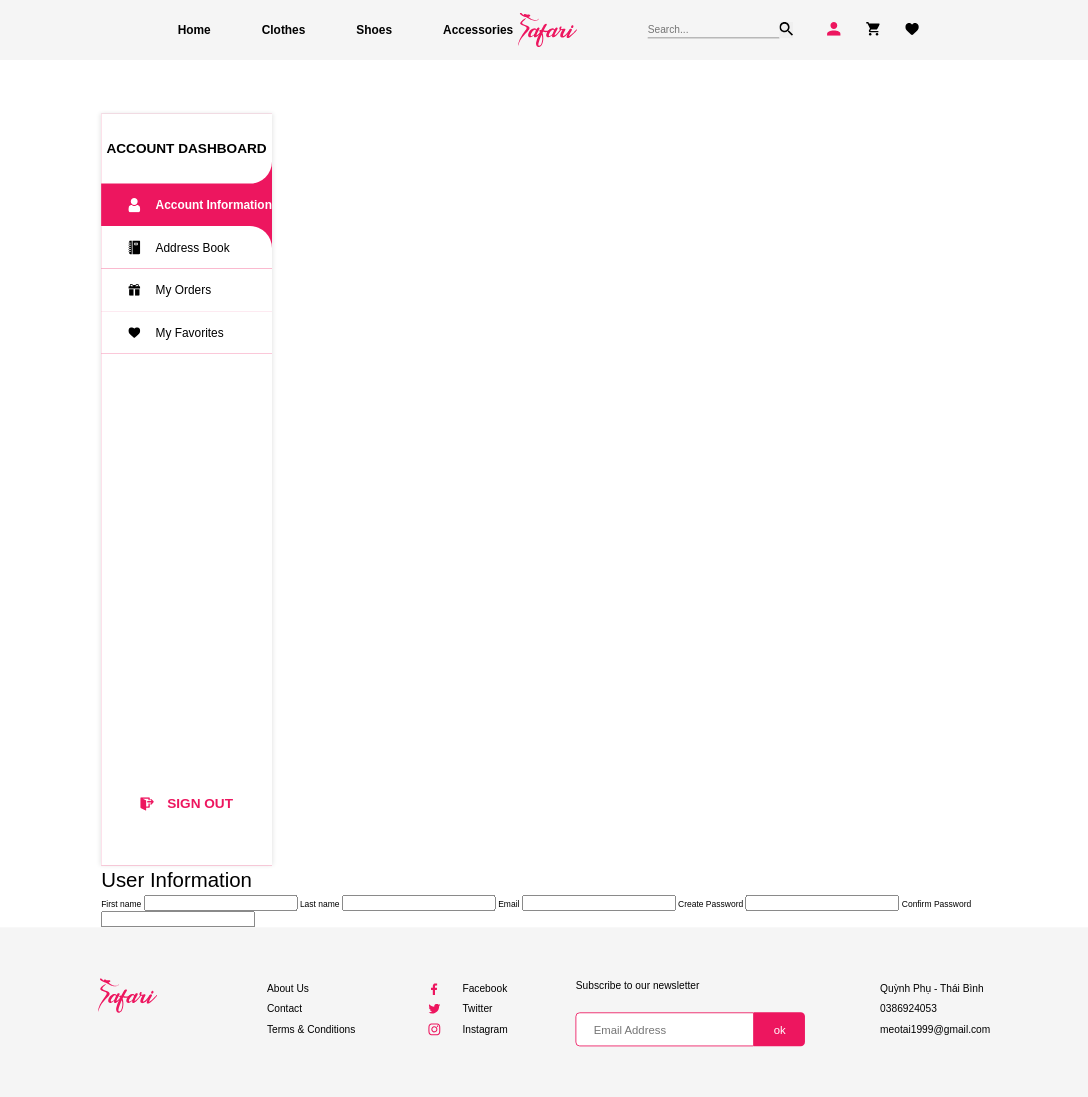
Repository: tboy1999/safari
Page: views/user.html
The author's editor kept a copy of each file at every save. The page is drawn from the files as they stood at one save, then again after a run of saves.
The browser window is 1280 px wide. The pictures show the whole page, at 85% of full size.
Some web libraries are served in a nearby version. The style sheet was rebuilt from its Sass, Less or Tailwind sources for each picture, by a compiler version that may differ from the author's.

Above is the page before, as saved 2022-04-28 15:54:41.

### views/user.html
<!DOCTYPE html>
<html lang="en">
<head>
  <meta charset="UTF-8">
  <meta http-equiv="X-UA-Compatible" content="IE=edge">
  <meta name="viewport" content="width=device-width, initial-scale=1.0">
  <title>user</title>
  <link rel="shortcut icon" href="./image/logo/Logo.svg" type="image/x-icon">
  <link rel="preconnect" href="https://fonts.googleapis.com">
  <link rel="preconnect" href="https://fonts.gstatic.com" crossorigin>
  <link rel="stylesheet" href="https://cdnjs.cloudflare.com/ajax/libs/font-awesome/6.1.1/css/all.min.css" integrity="sha512-KfkfwYDsLkIlwQp6LFnl8zNdLGxu9YAA1QvwINks4PhcElQSvqcyVLLD9aMhXd13uQjoXtEKNosOWaZqXgel0g==" crossorigin="anonymous" referrerpolicy="no-referrer" />
  <link rel="stylesheet" href="../css/grid.css">
  <link rel="stylesheet" href="../css/user.css">
</head>
<body>
  <header id="header" class="header">
    <div class="container">
      <div class="header__container facenter">
        <ul class="header__list facenter fz14-fw600">
          <li class="header__item"><a href="../index.html" class="header__link">Home</a></li>
          <li class="header__item"><a href="./clothes.html" class="header__link">Clothes</a></li>
          <li class="header__item"><a href="./shoes.html" class="header__link">Shoes</a></li>
          <li class="header__item"><a href="./accessories.html" class="header__link">Accessories</a></li>
        </ul>
        <form class="header__search facenter">
          <input type="text" placeholder="Search..." class="fz12">
          <button type="submit"><img src="../image/header/search.svg" alt=""></button>
        </form>
        <div class="header__feature facenter">
          <a href="#" class="header__feature--active">
            <svg width="16" height="16" viewBox="0 0 16 16" fill="inherit" xmlns="http://www.w3.org/2000/svg">
            <path d="M8 0C9.06087 0 10.0783 0.421427 10.8284 1.17157C11.5786 1.92172 12 2.93913 12 4C12 5.06087 11.5786 6.07828 10.8284 6.82843C10.0783 7.57857 9.06087 8 8 8C6.93913 8 5.92172 7.57857 5.17157 6.82843C4.42143 6.07828 4 5.06087 4 4C4 2.93913 4.42143 1.92172 5.17157 1.17157C5.92172 0.421427 6.93913 0 8 0ZM8 10C12.42 10 16 11.79 16 14V16H0V14C0 11.79 3.58 10 8 10Z"/>
            </svg>
          </a>
          <a href="./cart.html">
            <svg width="16" height="16" viewBox="0 0 16 16" fill="inherit" xmlns="http://www.w3.org/2000/svg">
              <path d="M12.8 12.8C11.912 12.8 11.2 13.512 11.2 14.4C11.2 14.8243 11.3686 15.2313 11.6686 15.5314C11.9687 15.8314 12.3757 16 12.8 16C13.2243 16 13.6313 15.8314 13.9314 15.5314C14.2314 15.2313 14.4 14.8243 14.4 14.4C14.4 13.9757 14.2314 13.5687 13.9314 13.2686C13.6313 12.9686 13.2243 12.8 12.8 12.8ZM0 0V1.6H1.6L4.48 7.672L3.392 9.632C3.272 9.856 3.2 10.12 3.2 10.4C3.2 10.8243 3.36857 11.2313 3.66863 11.5314C3.96869 11.8314 4.37565 12 4.8 12H14.4V10.4H5.136C5.08296 10.4 5.03209 10.3789 4.99458 10.3414C4.95707 10.3039 4.936 10.253 4.936 10.2C4.936 10.16 4.944 10.128 4.96 10.104L5.68 8.8H11.64C12.24 8.8 12.768 8.464 13.04 7.976L15.904 2.8C15.96 2.672 16 2.536 16 2.4C16 2.18783 15.9157 1.98434 15.7657 1.83431C15.6157 1.68429 15.4122 1.6 15.2 1.6H3.368L2.616 0H0ZM4.8 12.8C3.912 12.8 3.2 13.512 3.2 14.4C3.2 14.8243 3.36857 15.2313 3.66863 15.5314C3.96869 15.8314 4.37565 16 4.8 16C5.22435 16 5.63131 15.8314 5.93137 15.5314C6.23143 15.2313 6.4 14.8243 6.4 14.4C6.4 13.9757 6.23143 13.5687 5.93137 13.2686C5.63131 12.9686 5.22435 12.8 4.8 12.8Z"/>
            </svg>
          </a>
          <a href="#">
            <svg width="16" height="15" viewBox="0 0 16 15" fill="inherit"
            xmlns="http://www.w3.org/2000/svg">
              <path d="M14.7307 1.39307C13.9025 0.494751 12.766 0 11.5304 0C10.6068 0 9.76099 0.291992 9.01636 0.867798C8.64062 1.15845 8.30017 1.51404 8 1.92908C7.69995 1.51416 7.35938 1.15845 6.98352 0.867798C6.23901 0.291992 5.39319 0 4.4696 0C3.23401 0 2.09741 0.494751 1.26917 1.39307C0.450806 2.28088 0 3.49377 0 4.80847C0 6.16162 0.504272 7.40027 1.58691 8.70667C2.55542 9.87524 3.94739 11.0615 5.55933 12.4352C6.10974 12.9043 6.73364 13.436 7.38147 14.0024C7.55261 14.1523 7.77222 14.2349 8 14.2349C8.22766 14.2349 8.44739 14.1523 8.61829 14.0027C9.26611 13.4362 9.89038 12.9042 10.441 12.4348C12.0527 11.0614 13.4447 9.87524 14.4132 8.70654C15.4958 7.40027 16 6.16162 16 4.80835C16 3.49377 15.5492 2.28088 14.7307 1.39307Z"/>
            </svg>
          </a>
        </div>
        <div class="header__logo">
          <a href="../index.html"><img src="../image/logo/Logo.svg" alt=""></a>
        </div>
      </div>
    </div>
  </header>

  <main id="user" class="user">
    <div class="container">
      <div class="user__container">
        <div class="row">
          <div class="col xxl-3">
            <div class="user__list flex-column">
              <div class="user__item fz16-fw800 user__item--prev">ACCOUNT DASHBOARD</div>
              <div class="user__item user__tag facenter gap18 fz14 user__item--active">
                <svg width="14" height="17" viewBox="0 0 14 17" fill="inherit" xmlns="http://www.w3.org/2000/svg">
                  <path d="M6.89428 8.08322C8.00476 8.08322 8.96635 7.68493 9.75204 6.89912C10.5377 6.11343 10.936 5.15209 10.936 4.04148C10.936 2.93125 10.5377 1.96979 9.75191 1.18384C8.9661 0.398284 8.00463 0 6.89428 0C5.78366 0 4.82233 0.398284 4.03664 1.18397C3.25095 1.96966 2.85254 2.93112 2.85254 4.04148C2.85254 5.15209 3.25095 6.11356 4.03677 6.89924C4.82258 7.6848 5.78405 8.08322 6.89428 8.08322Z"/>
                  <path d="M13.9661 12.9033C13.9434 12.5764 13.8976 12.2197 13.8301 11.843C13.762 11.4636 13.6743 11.1049 13.5693 10.777C13.4609 10.4381 13.3134 10.1034 13.1311 9.78274C12.9419 9.44988 12.7196 9.16003 12.4702 8.92152C12.2094 8.672 11.8902 8.47139 11.5209 8.32506C11.153 8.17949 10.7452 8.10575 10.3091 8.10575C10.1378 8.10575 9.97209 8.17603 9.65216 8.38433C9.45526 8.51274 9.22494 8.66125 8.96787 8.8255C8.74805 8.96556 8.45026 9.09679 8.08245 9.21559C7.72359 9.33171 7.35924 9.3906 6.99962 9.3906C6.63999 9.3906 6.27576 9.33171 5.91653 9.21559C5.5491 9.09692 5.25131 8.96569 5.03175 8.82563C4.77711 8.66291 4.54666 8.5144 4.34682 8.3842C4.02727 8.17591 3.86148 8.10562 3.69018 8.10562C3.25387 8.10562 2.84624 8.17949 2.47843 8.32518C2.10946 8.47126 1.79004 8.67187 1.529 8.92165C1.27973 9.16029 1.05736 9.45001 0.868391 9.78274C0.686212 10.1034 0.538727 10.438 0.430163 10.7771C0.32531 11.105 0.237614 11.4636 0.169505 11.843C0.102036 12.2192 0.0562028 12.576 0.0335425 12.9037C0.0112662 13.2248 0 13.5581 0 13.8946C0 14.7706 0.278453 15.4797 0.827551 16.0027C1.36986 16.5188 2.08744 16.7806 2.96006 16.7806H11.0399C11.9126 16.7806 12.6299 16.5189 13.1723 16.0027C13.7215 15.4801 14 14.7708 14 13.8945C13.9999 13.5564 13.9885 13.2229 13.9661 12.9033Z"/>
                  </svg>

                Account Information
              </div>
              <div class="user__item user__tag facenter gap18 fz14 user__item--next">
                <svg width="14" height="17" viewBox="0 0 14 17" fill="inherit" xmlns="http://www.w3.org/2000/svg">
                  <path d="M1.00448 5.0538H0.470852C0.210816 5.0538 0 5.26462 0 5.52465C0 5.78469 0.210816 5.99551 0.470852 5.99551H1.00448V5.0538Z"/>
                  <path d="M1.00448 12.5874H0.470852C0.210816 12.5874 0 12.7982 0 13.0583C0 13.3183 0.210816 13.5291 0.470852 13.5291H1.00448V12.5874Z"/>
                  <path d="M1.00448 10.0762H0.470852C0.210816 10.0762 0 10.287 0 10.5471C0 10.8071 0.210816 11.0179 0.470852 11.0179H1.00448V10.0762Z"/>
                  <path d="M1.00448 7.56503H0.470852C0.210816 7.56503 0 7.77585 0 8.03588C0 8.29592 0.210816 8.50674 0.470852 8.50674H1.00448V7.56503Z"/>
                  <path d="M1.00448 2.5426H0.470852C0.210816 2.5426 0 2.75342 0 3.01345C0 3.27349 0.210816 3.48431 0.470852 3.48431H1.00448V2.5426Z"/>
                  <path d="M4.01834 0H2.41744C1.63856 0 1.00488 0.633673 1.00488 1.41256V2.5426H2.48022C2.74025 2.5426 2.95107 2.75342 2.95107 3.01345C2.95107 3.27349 2.74025 3.4843 2.48022 3.4843C2.05168 3.4843 1.466 3.4843 1.00488 3.4843V5.05381H2.48022C2.74025 5.05381 2.95107 5.26463 2.95107 5.52466C2.95107 5.7847 2.74025 5.99552 2.48022 5.99552C1.71562 5.99552 2.16255 5.99552 1.00488 5.99552V7.56502H2.48022C2.74025 7.56502 2.95107 7.77584 2.95107 8.03587C2.95107 8.29591 2.74025 8.50673 2.48022 8.50673C2.05168 8.50673 1.466 8.50673 1.00488 8.50673V10.0762H2.48022C2.74025 10.0762 2.95107 10.287 2.95107 10.5471C2.95107 10.8071 2.74025 11.0179 2.48022 11.0179C1.71562 11.0179 2.16255 11.0179 1.00488 11.0179V12.5874H2.48022C2.74025 12.5874 2.95107 12.7983 2.95107 13.0583C2.95107 13.3183 2.74025 13.5291 2.48022 13.5291C2.05168 13.5291 1.466 13.5291 1.00488 13.5291V14.6592C1.00488 15.4381 1.63856 16.0717 2.41744 16.0717H4.01834V0Z"/>
                  <path d="M7.94141 3.48431H10.0759V4.55158H7.94141V3.48431Z"/>
                  <path d="M12.5878 0H4.95996V16.0717H12.5878C13.3666 16.0717 14.0003 15.4381 14.0003 14.6592V1.41256C14.0003 0.633673 13.3666 0 12.5878 0ZM11.0183 5.02242C11.0183 5.28246 10.8074 5.49327 10.5474 5.49327H7.47117C7.21114 5.49327 7.00032 5.28246 7.00032 5.02242V3.01345C7.00032 2.75342 7.21114 2.5426 7.47117 2.5426H10.5474C10.8074 2.5426 11.0183 2.75342 11.0183 3.01345V5.02242Z"/>
                  </svg>

                Address Book
              </div>
              <div class="user__item user__tag facenter gap18 fz14">
                <svg width="14" height="14" viewBox="0 0 14 14" fill="inherit" xmlns="http://www.w3.org/2000/svg">
                  <path d="M13.0869 2.71463H12.0679C12.2023 2.5019 12.291 2.2631 12.3163 2.01056C12.3971 1.20345 11.972 0.479938 11.2484 0.159169C10.5832 -0.135678 9.83572 -0.0151468 9.29746 0.473048L8.01066 1.63926C7.76006 1.36516 7.39981 1.1929 6.99999 1.1929C6.59946 1.1929 6.23863 1.36571 5.98797 1.64065L4.69953 0.472911C4.1604 -0.0152835 3.4132 -0.13535 2.74834 0.159333C2.02488 0.48013 1.59974 1.20389 1.68079 2.01097C1.70614 2.26332 1.79479 2.502 1.92918 2.71463H0.913033C0.408761 2.71463 0 3.12342 0 3.62766V4.99723C0 5.24934 0.204394 5.45376 0.45653 5.45376H13.5435C13.7956 5.45376 14 5.24936 14 4.99723V3.62766C14 3.12342 13.5912 2.71463 13.0869 2.71463ZM5.63042 2.56246V2.71463H3.48277C2.91533 2.71463 2.46875 2.18564 2.61048 1.59485C2.6729 1.33467 2.8607 1.11289 3.10359 1.00062C3.43713 0.846453 3.8066 0.895945 4.08673 1.1495L5.63081 2.54901C5.63072 2.55352 5.63042 2.55795 5.63042 2.56246ZM11.4104 1.88934C11.3763 2.36384 10.9477 2.71468 10.472 2.71468H8.36955V2.56252C8.36955 2.55713 8.36922 2.5518 8.36917 2.54641C8.71895 2.22933 9.47776 1.54158 9.88931 1.16853C10.1232 0.956539 10.4505 0.857582 10.753 0.947816C11.1872 1.07732 11.4421 1.44651 11.4104 1.88934Z"/>
                  <path d="M0.913086 6.36679V13.0624C0.913086 13.5667 1.32185 13.9755 1.82612 13.9755H6.08698V6.36679H0.913086Z"/>
                  <path d="M7.91309 6.36679V13.9755H12.1739C12.6782 13.9755 13.087 13.5667 13.087 13.0624V6.36679H7.91309Z"/>
                  </svg>

                My Orders
              </div>
              <div class="user__item user__tag facenter gap18 fz14">
                <svg width="14" height="13" viewBox="0 0 14 13" fill="inherit" xmlns="http://www.w3.org/2000/svg">
                  <path d="M12.8894 1.21893C12.1647 0.432907 11.1702 0 10.0891 0C9.28096 0 8.54086 0.255493 7.88931 0.759323C7.56055 1.01364 7.26265 1.32478 7 1.68794C6.73746 1.32489 6.43945 1.01364 6.11058 0.759323C5.45914 0.255493 4.71904 0 3.9109 0C2.82976 0 1.83524 0.432907 1.11052 1.21893C0.394455 1.99577 0 3.05705 0 4.20741C0 5.39142 0.441238 6.47523 1.38855 7.61833C2.23599 8.64084 3.45396 9.67883 4.86441 10.8808C5.34602 11.2913 5.89194 11.7565 6.45879 12.2521C6.60854 12.3833 6.80069 12.4555 7 12.4555C7.1992 12.4555 7.39146 12.3833 7.541 12.2523C8.10785 11.7566 8.65408 11.2912 9.13591 10.8805C10.5461 9.67873 11.7641 8.64084 12.6116 7.61823C13.5589 6.47523 14 5.39142 14 4.20731C14 3.05705 13.6055 1.99577 12.8894 1.21893Z"/>
                  </svg>
                My Favorites
              </div>
              <div class="user__item fz16"><img src="../image/user/checkout.svg" alt="">SIGN OUT</div>
            </div>
          </div>
          <div class="col xxl-9">
            <form action="">
              <h3 class="fz24">User Information</h3>
              <div class="form__account-infomation">
                <label for="first-name">First name</label>
                <input type="text" id="first-name">
                <label for="last-name">Last name</label>
                <input type="text" id="last-name">
                <label for="email">Email</label>
                <input type="text" id="email">
                <label for="create-password">Create Password</label>
                <input type="password" id="create-password">
                <label for="confirm-password">Confirm Password</label>
                <input type="text" id="confirm-password">
              </div>
            </form>
          </div>
        </div>
      </div>
    </div>
  </main>

  <footer class="footer">
    <div class="container">
      <div class="footer__container d-flex fz12">
        <div class="footer__logo">
          <a href="../index.html"><img src="../image/logo/Logo.svg" alt=""></a>
        </div>
        <div class="footer__body d-flex gap80">
          <ul class="footer__pages">
            <li class="footer__item fz12"><a href="#">About Us</a></li>
            <li class="footer__item fz12"><a href="#">Contact</a></li>
            <li class="footer__item fz12"><a href="#">Terms & Conditions</a></li>
          </ul>
          <ul class="footer__networks">
            <li class="footer__item facenter gap20">
              <div class="footer__icon flex-center">
                <a href="#" class="facenter"><img src="../image/footer/fb.svg" alt=""></a>
              </div>
              <p><a href="#">Facebook</a></p>
            </li>
            <li class="footer__item facenter gap20">
              <div class="footer__icon flex-center">
                <a href="#" class="facenter"><img src="../image/footer/twitter.svg" alt=""></a>
              </div>
              <p><a href="#">Twitter</a></p>
            </li>
            <li class="footer__item facenter gap20">
              <div class="footer__icon flex-center">
                <a href="#" class="facenter"><img src="../image/footer/instagram.svg" alt=""></a>
              </div>
              <p><a href="#">Instagram</a></p>
            </li>
          </ul>
          <div class="footer__input">
            <p>Subscribe to our newsletter</p>
            <form action="" class="facenter footer__form">
              <input type="text" placeholder="Email Address">
              <button type="submit">ok</button>
            </form>
          </div>
        </div>
        <div class="footer__info">
          <p>Quỳnh Phụ - Thái Bình</p>
          <p>0386924053</p>
          <p>meotai1999@gmail.com</p>
        </div>
      </div>
    </div>
  </footer>

  <script src="../js/user.js"></script>
</body>
</html>

### scss/user.scss
@import 'reset';
@import 'variable';
@import 'global';
@import 'alike';
@import 'header';
@import 'footer';

.user {
  margin-top: 134px;
  &__container {
    margin: 0 64px;
  }
  &__list {
    height: 884px;
    box-shadow: 0px 0px 5px 1px rgba(0, 0, 0, 0.1);
    background-color: $primary-color;
  }
  &__item {
    background-color: #fff;
    &.user__item--prev {
      border-radius: 0 0 26px 0;
    }
    &.user__item--next {
      border-radius: 0 26px 0 0;
    }
    &.user__item--active {
      background-color: transparent;
      color: #fff;
      fill: #fff;
      font-weight: 800;
    }
  }
  &__item:first-child {
    padding: 32px 0;
    text-align: center;
  }
  &__item:not(:first-child,:last-child) {
    padding: 16px 0 16px 32px ;
    cursor: pointer;
  }
  &__item:last-child {
    flex: 1;
    padding-bottom: 64px;
    display: flex;
    align-items: end;
    justify-content: center;
    gap: 16px;
    color: $primary-color;
    cursor: pointer;
  }
}

### scss/_reset.scss
* {
  padding: 0;
  margin: 0;
  box-sizing: border-box;
}

html:focus-within {
  scroll-behavior: smooth;
}

a,
button {
  display: block;
  outline: none;
  border: none;
  text-decoration: none;
  color: inherit;
  cursor: pointer;
}

input {
  outline: none;
}

ul {
  list-style-type: none;
}

// img {
//   width: 100%;
//   height: 100%;
//   object-fit: cover;
// }

### scss/_variable.scss
$text-color: #686868;
$primary-color: #ED165F;

$header-background-color: #F5F5F5;
$footer-background-color: #F5F5F5;

### scss/_global.scss
html {
  font-size: 10px;
  line-height: 1;
  scroll-behavior: smooth !important;
}

body {
  font-family: 'Mulish', sans-serif;
}

body .auto-top {
  display: none;
  position: fixed;
  right: 50px;
  top: 50%;
  width: 60px;
  height: 50px;
  border: 1px solid #000000;
  border-radius: 5px;
  animation: autoTop 2s ease-in-out;
  animation-iteration-count: infinite;
}
@keyframes autoTop {
  from {
    transform: translateY(0)
  }
  to {
    transform: translateY(-20px)
  }
}

.facenter {
  display: flex;
  align-items: center;
}

.facb {
  display:flex;
  justify-content: space-between;
  align-items: center;
}

.flex-center {
  display: flex;
  justify-content: center;
  align-items: center;
}

.d-flex {
  display: flex;
  flex-wrap: wrap;
}

.flex-column {
  display: flex;
  flex-direction: column;
}

.gap64 {
  gap: 64px
}

.gap80 {
  gap: 0 80px
}

.gap32 {
  gap: 32px
}

.gap20 {
  gap: 0 20px
}

.gap18 {
  gap: 18px;
}

.gap16 {
  gap: 16px
}
.gap8 {
  gap: 8px
}

### scss/_alike.scss
.fz40 {
  font-weight: 700;
  font-size: 4rem;
  line-height: calc(24/40);
}

.fz30 {
  font-weight: 600;
  font-size: 30px;
}


.fz24 {
  font-weight: 400;
  font-size: 2.4rem;
  line-height: calc(35/24);
  &-fw600 {
    font-weight: 600;
    font-size: 2.4rem;
    line-height: calc(35/24);
  }
  &-fw800 {
    font-weight: 800;
    font-size: 2.4rem;
    line-height: calc(35/24);
  }
}

.fz20 {
  font-weight: 400;
  font-size: 2rem;
  line-height: calc(23/20);
  &-fw800 {
    font-weight: 800;
    font-size: 2rem;
    line-height: calc(23/20);
  }
  &-fw600 {
    font-weight: 600;
    font-size: 2rem;
    line-height: calc(23/20);
  }
}

.fz18 {
  font-weight: 800;
  font-size: 1.8rem;
  line-height: calc(24/18);
}

.fz16 {
  font-weight: 600;
  font-size: 1.6rem;
  line-height: calc(18/16);
  color: $text-color;
  &-fw800 {
    font-weight: 800;
    font-size: 1.6rem;
    line-height: calc(18/16);
  }
}

.fz14 {
  font-weight: 400;
  font-size: 1.4rem;
  line-height: calc(18/14);
  &-fw600 {
    font-weight: 600;
    font-size: 1.4rem;
    line-height: calc(18/14);
  }
}

.fz12 {
  font-weight: 400;
  font-size: 1.2rem;
  line-height: calc(18/12);
}

.fz10 {
  font-weight: 700;
  font-size: 1rem;
  line-height: calc(18/10);
}

### scss/_header.scss
.header {
  position: fixed;
  top: 0;
  left: 0;
  right: 0;
  z-index: 99999;
  background-color: $header-background-color;
  &__container {
    height: 70px;
    padding: 0 144px;
  }
  &__list {
    gap: 0 40px;
    flex: 1
  }
  &__search {
    input {
      border:none;
      border-bottom: 1px solid rgba(0, 0, 0, 0.5);
      color: rgba(0, 0, 0, 0.5);
      background-color: inherit;
    }
  }
  &__link {
    padding: 6px 10px;
    transition: all 0.2s linear;
    position: relative;
    &::after {
      content: "";
      position: absolute;
      width: 0;
      left: auto;
      right: 0;
      bottom: 0;
      height: 1px;
      transition: all 0.2s linear;
      background-color: red;
    }
    &:hover {
      color: $primary-color;
      &::after {
        width: 100%;
        right: auto;
        left: 0
      }
    }
    &.header__item--active {
      color: $primary-color;
      font-weight: 800;
      &::after {
        width: 100%;
      }
    }
  }
  &__feature {
    gap: 0 30px;
    margin-left: 40px;
    .header__feature--active {
      fill: $primary-color;
    }
  }
  &__logo {
    position: absolute;
    left: 47.57%;
    right: 47.57%;
    top: 21.43%;
    bottom: 20.93%;
  }
}

### scss/_footer.scss
.footer {
  background-color: $footer-background-color;
  &__container {
    padding: 60px;
  }
  &__pages {
    margin-left: 129px;
    a {
      padding: 3px 0;
    }
  }
  &__networks {
    a {
      padding: 3px 0
    }
  }
  &__icon {
    width: 26px
  }
  &__body {
    flex: 1
  }
  &__form {
    margin-top: 22px;
    width: 270px;
    height: 40px;
    border-radius: 5px;
    input {
      border: 1px solid $primary-color;
      padding: 0 0 0 20px;
      height: inherit;
      flex: 1;
      border-top-left-radius: 5px;
      border-bottom-left-radius: 5px;
    }
    button {
      width: 60px;
      height: inherit;
      background-color: $primary-color;
      color: #fff;
      border-top-right-radius: 5px;
      border-bottom-right-radius: 5px;
    }
  }
  &__info {
    p {
      padding: 3px 0
    }
  }
}

Loaded but not shown: js/user.js (16 lines, source omitted); css/grid.css (721 lines, source omitted)

After the next 2 saves:
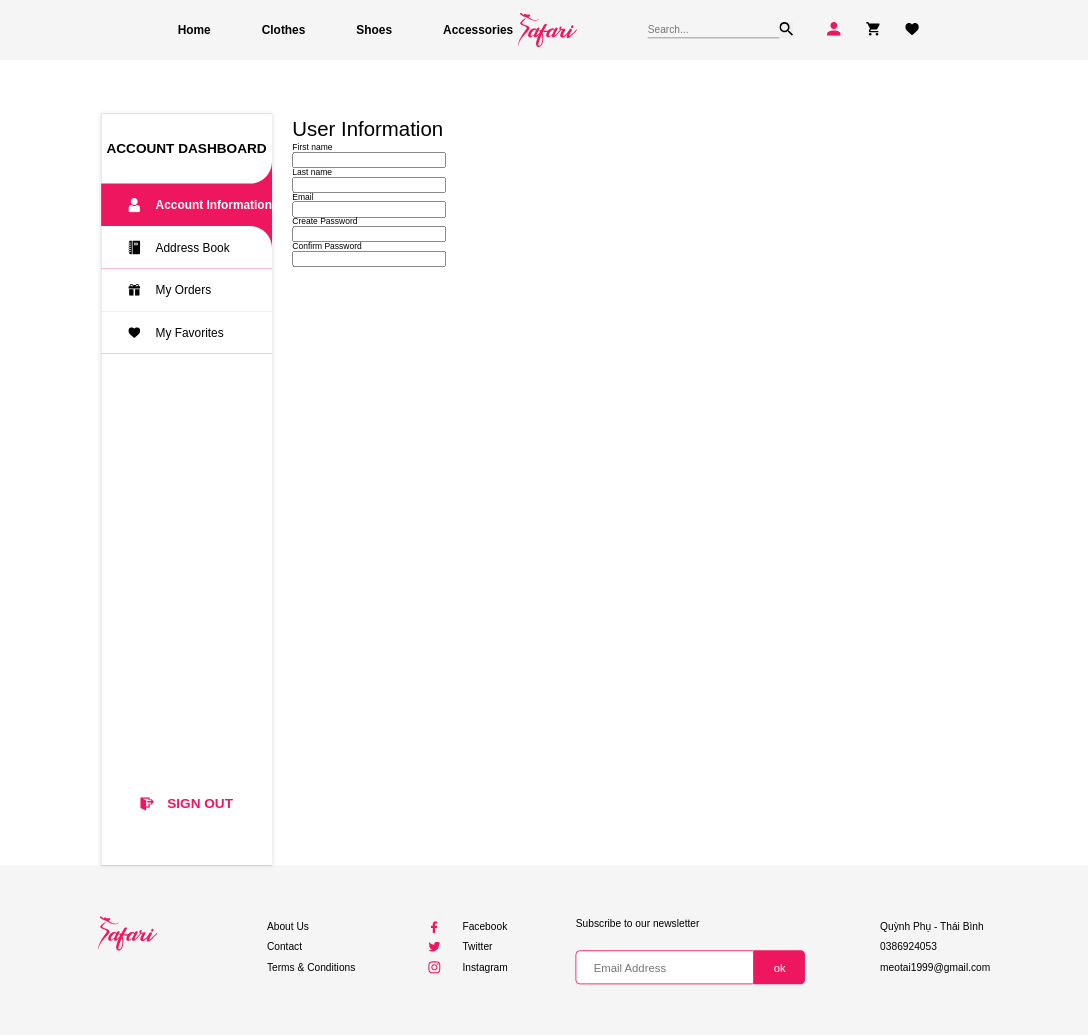
The 2 saves are shown as one change because they came seconds apart.
The last was saved 25 s later.
--- a/views/user.html
+++ b/views/user.html
@@ -101,7 +101,7 @@
           <div class="col xxl-9">
             <form action="">
               <h3 class="fz24">User Information</h3>
-              <div class="form__account-infomation">
+              <div class="form__account-infomation flex-column">
                 <label for="first-name">First name</label>
                 <input type="text" id="first-name">
                 <label for="last-name">Last name</label>
